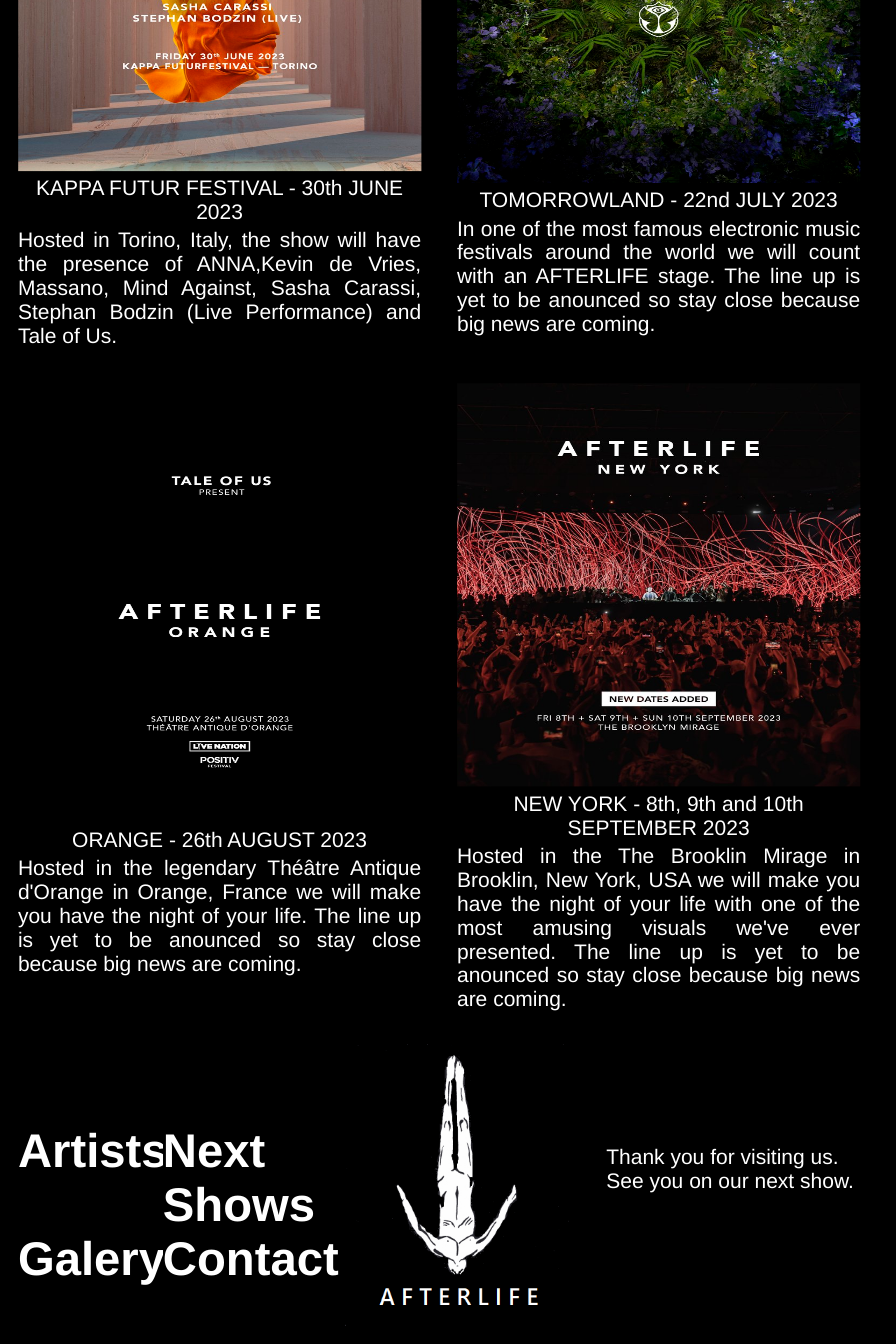
Repository: francoG98/Afterlife-Coderhouse-pre-entrega-2
Page: views/nextShows.html
The author's editor kept a copy of each file at every save. The page is drawn from the files as they stood at one save, then again after the next save.
The browser window is 1280 px wide. The pictures show the part of the page from y = 1539 to 3459 px (the page is 3459 px tall), at 70% of full size.

Above is the page before, as saved 2023-05-01 20:33:53.

### views/nextShows.html
<!DOCTYPE html>
<html lang="en">
<head>
    <meta charset="UTF-8">
    <meta http-equiv="X-UA-Compatible" content="IE=edge">
    <meta name="viewport" content="width=device-width, initial-scale=1.0">
    <link rel="stylesheet" href="../css/style.css">
    <link rel="stylesheet" href="../css/nextShows.css">
    <title>NEXT SHOWS</title>
</head>
<body>
    <header>
        <div>
            <a href="../index.html"> <img class="logo" src="../source/logo.png" href="logo"> </a>
        </div>

        <nav class="navbar-header">
            <ul>
                <li>
                    <a class="element-navbar-top" href="artists.html"> ARTISTS </a>
                </li>
                <li>
                    <a class="element-navbar-top" href="nextShows.html"> NEXT SHOWS </a>
                </li>
                <li>
                    <a class="element-navbar-top" href="galery.html"> GALERY </a>
                </li>
                <li>
                    <a class="element-navbar-top" href="contact.html"> CONTACT </a>
                </li>
            </ul>
        </nav>
    </header>
    <main>
        <div class="show">
            <img class= "show_photo" src="../source/shows/MEDELLIN.jpg" href="MEDELLIN">
            <p class="show_title">MEDELLIN - 13th MAY 2023</p>
            <p class="show_description"> Hosted in Cincuentenario Stadium in Medellin, Colombia, the show will have the presence of Layla Benitez, Sasha Carassi, Woo York (Live Performance), Agents of Time, CamelPhat and Tale Of Us. Also will have the special performance of ANYMA presenting his new visual show 'GENESYS'.</p>
        </div>
        <div class="show">
            <img class= "show_photo" src="../source/shows/BARCELONA.jpg" href="BARCELONA">
            <p class="show_title">BARCELONA - 16th JUNE 2023</p>
            <p class="show_description"> Hosted in Parc del Forum in Barcelona, Spain, the show will have two stages. On AUDITORIUM will be playing UBBAH, Stylo,Hunter/Game, Agents of Time, Kevin de Vries B2B Konstantin Sibold and Chris Avantgarde. Meanwhile in AMPHITHEATRUM will be playing 8KAYS, Cassian, Fideles, Stephan Bodzin (Live Performance), Mind Against and Tale Of Us.</p>
        </div>
        <div class="show">
            <img class= "show_photo" src="../source/shows/KFF.jpg" href="KFF">
            <p class="show_title">KAPPA FUTUR FESTIVAL - 30th JUNE 2023</p>
            <p class="show_description"> Hosted in Torino, Italy, the show will have the presence of ANNA,Kevin de Vries, Massano, Mind Against, Sasha Carassi, Stephan Bodzin (Live Performance) and Tale of Us.</p>
        </div>
        <div class="show">
            <img class= "show_photo" src="../source/shows/TOMORROWLAND.jpg" href="TOMORROWLAND">
            <p class="show_title">TOMORROWLAND - 22nd JULY 2023</p>
            <p class="show_description"> In one of the most famous electronic music festivals around the world we will count with an AFTERLIFE stage. The line up is yet to be anounced so stay close because big news are coming.</p>
        </div>
        <div class="show">
            <img class= "show_photo" src="../source/shows/orange.png" href="ORANGE">
            <p class="show_title">ORANGE - 26th AUGUST 2023</p>
            <p class="show_description"> Hosted in the legendary Théâtre Antique d'Orange in Orange, France we will make you have the night of your life. The line up is yet to be anounced so stay close because big news are coming. </p>
        </div>
        <div class="show">
            <img class= "show_photo" src="../source/shows/NEW_YORK.jpg" href="NEW_YORK">
            <p class="show_title">NEW YORK - 8th, 9th and 10th SEPTEMBER 2023</p>
            <p class="show_description"> Hosted in the The Brooklin Mirage in Brooklin, New York, USA we will make you have the night of your life with one of the most amusing visuals we've ever presented. The line up is yet to be anounced so stay close because big news are coming. </p>
        </div>
    </main>
    <footer class="container-footer">
        <div class="navbar-footer">
            <ul>
                <li class="li-footer">
                    <h2><a href="artists.html"> Artists </a></h2>
                </li>
                <li class="li-footer">
                    <h2> <a href="nextShows.html"> Next Shows </a></h2>
                </li>
                <li class="li-footer">
                    <h2> <a href="galery.html"> Galery </a></h2>
                </li>
                <li class="li-footer">
                    <h2><a href="contact.html"> Contact </a></h2>
                </li>
            </ul>
        </div>

        <div class="logo-footer">
            <a href="../index.html"><img src="../source/afterlife_logo_footer.png" href="afterlife_logo_footer"></a>
        </div>
        <div class="p-footer">
            <p> Thank you for visiting us.</p>
            <p> See you on our next show. </p>
        </div>
    </footer>
</body>
</html>

### css/style.css
*{
    background-color: #000000;
    margin: 0px;
    padding: 0px;
    font-family: "proxima-nova","Helvetica Neue",Helvetica,Arial,sans-serif;

}

ul{
    display: flex;
    flex-wrap: wrap;
    justify-content: space-between;
    list-style-type: none;
    font-size: 45px;
    margin-top: 30px;
    vertical-align: center;
}


a{
    text-decoration: none;
    color: white;
    font: bold;

}
p{
    color: white;
    font-size: 30px;
    text-align: justify;
}
header{
    max-width: 100vw;
    margin-top: 10px;
    display: flex;
    flex-wrap: wrap;
    justify-content: space-between;
    position: relative;
}
footer{
    display: flex;
    flex-wrap: wrap;
    flex-direction: row;
    justify-content: space-between;
    margin-top: 3vh;
    margin-left: 2vw;
    margin
}
.logo{
    margin-left: 2vh;
    position: absolute;
    margin-top: 4vh;
    width: 35%;
}
.navbar-header{
    margin-right: 2vw;
    width: 60vw;
    text-align: right;
    justify-content: space-between;

}
.element-navbar-top{
    font-size: 40px;
}
.navbar-footer{
    width: 33%;
    display: flex;
    flex-wrap: wrap;
    justify-content:center;
    align-items: center;
}
.afterlife_logo_footer{
    width: 33%;
    justify-content: left;
}
.p-footer{
    margin-top: 20vh;
    width: 33%;

}
.li-footer{

    width: 50%;
    justify-content: center;
    align-items: center
}

### css/nextShows.css
main{
    display: flex;
    flex-wrap: wrap;
    margin-top: 3vh;
}
.show{
    width: 45vw;
    margin: 2vw;
    display: flex;
    justify-content: center;
    flex-direction: column;
}
.show_photo{
    height: 80vh;
}
.show_title{
    margin-top: 1vh;
    text-align: center;
}
.show_description{
    margin-top: 1vh;
}

After the next save:
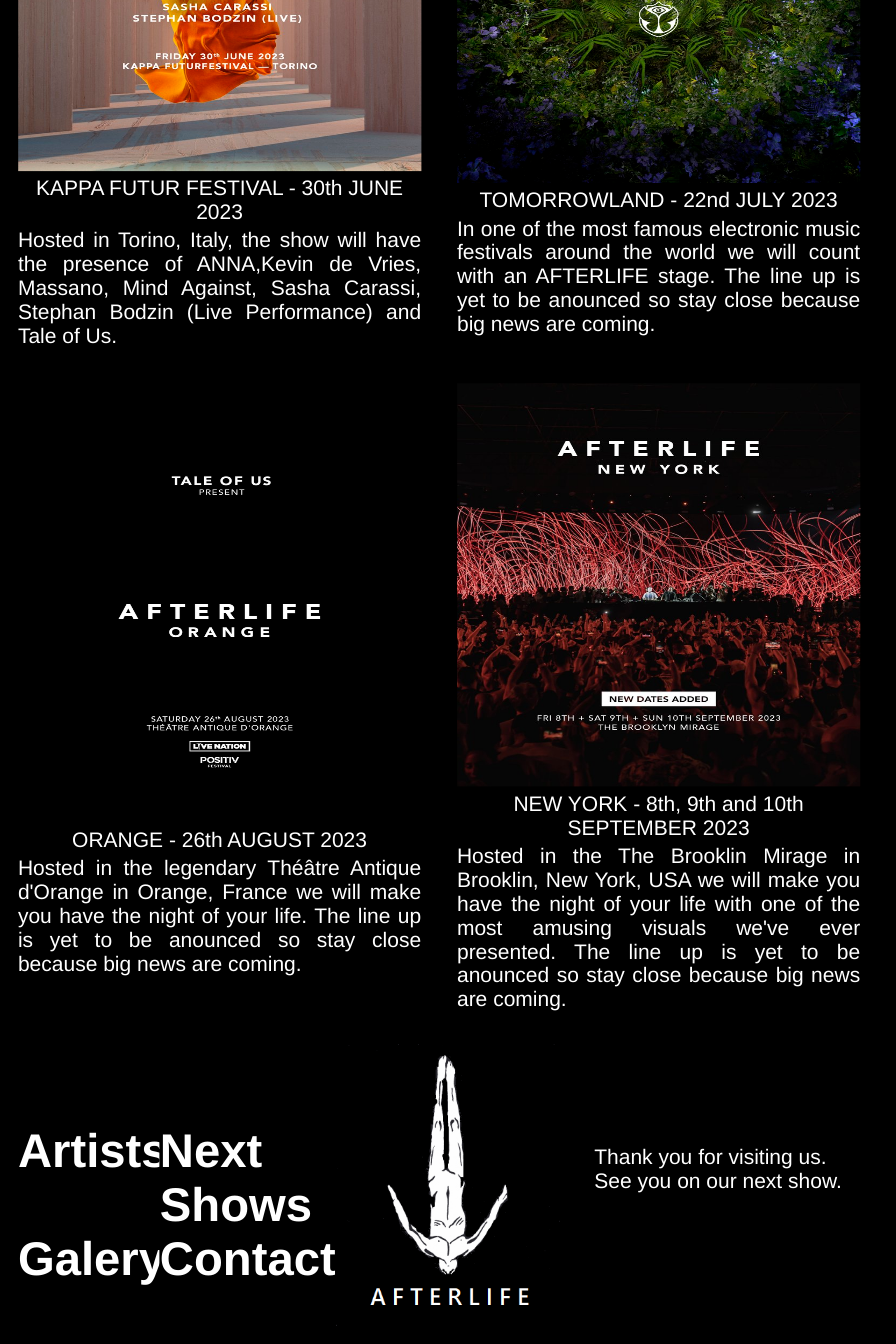
Saved 4 s later.
--- a/css/style.css
+++ b/css/style.css
@@ -43,7 +43,7 @@
     justify-content: space-between;
     margin-top: 3vh;
     margin-left: 2vw;
-    margin
+    margin-right: 2vw;
 }
 .logo{
     margin-left: 2vh;
